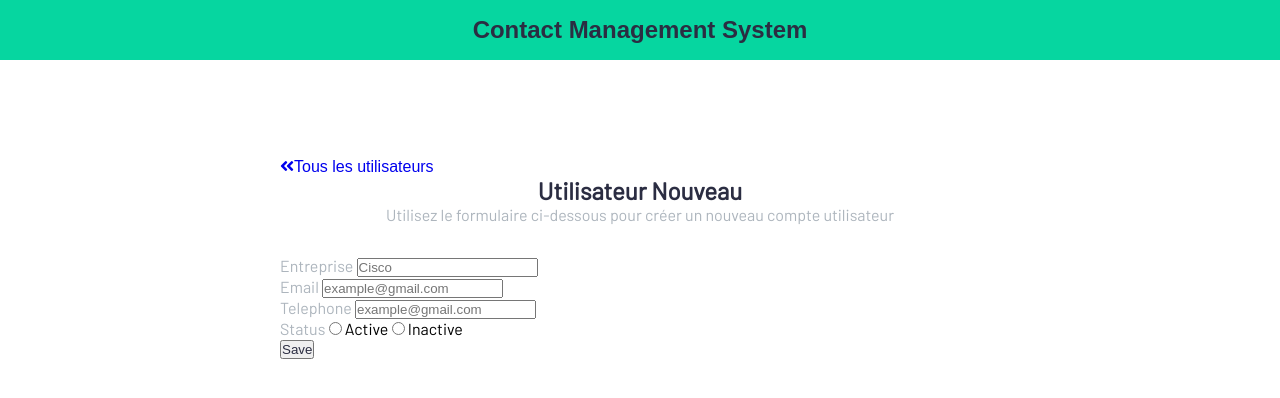
Repository: mohamed-makrani/Global_Development_Service_DBMS
Page: DBMS/views/add_user.html
These files come from the project's save history. The page is drawn as it stood at one moment and after the next save; the edit follows.
The browser window is 1280 px wide. The pictures show the whole page.
Some web fonts or font styles are not loaded; a fallback is used.

Above is the page before, as saved 2024-04-22 19:06:16.

After the next save:
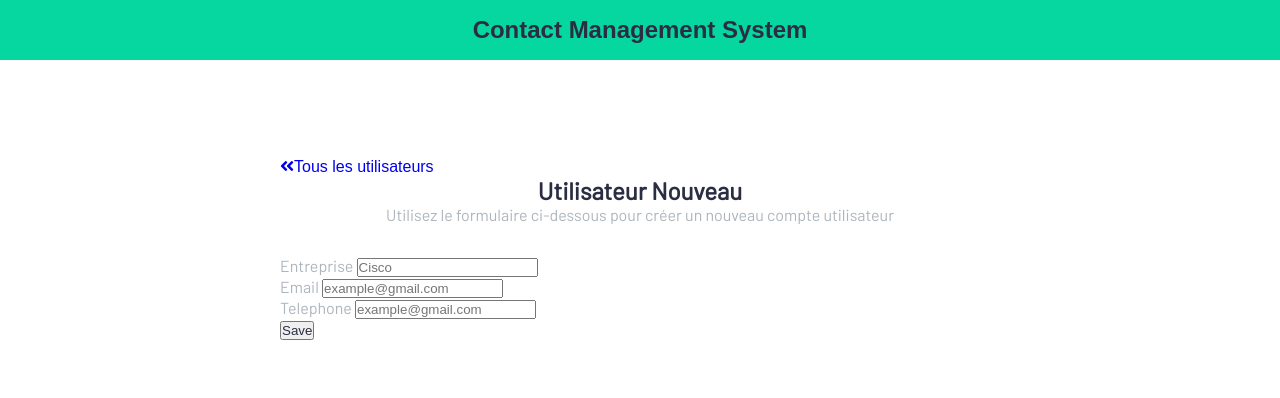
Saved 9 s later.
--- a/DBMS/views/add_user.html
+++ b/DBMS/views/add_user.html
@@ -55,17 +55,6 @@
                         </div>
 
 
-                        <div class="form-group">
-                            <label for="gender" class="text-light">Status</label>
-                            <div class="radio inline">
-                                <input type="radio" id="radio-4" name="status" value="Active" >
-                                <label for="radio-4" class="radio-label">Active</label>
-                            </div>
-                            <div class="radio inline">
-                                <input type="radio" id="radio-5" name="status" value="Inactive" >
-                                <label for="radio-5" class="radio-label">Inactive</label>
-                            </div>
-                        </div>
 
                         <div class="form-group">
                             <button type="submit" class="btn text-dark update">Save</button>
